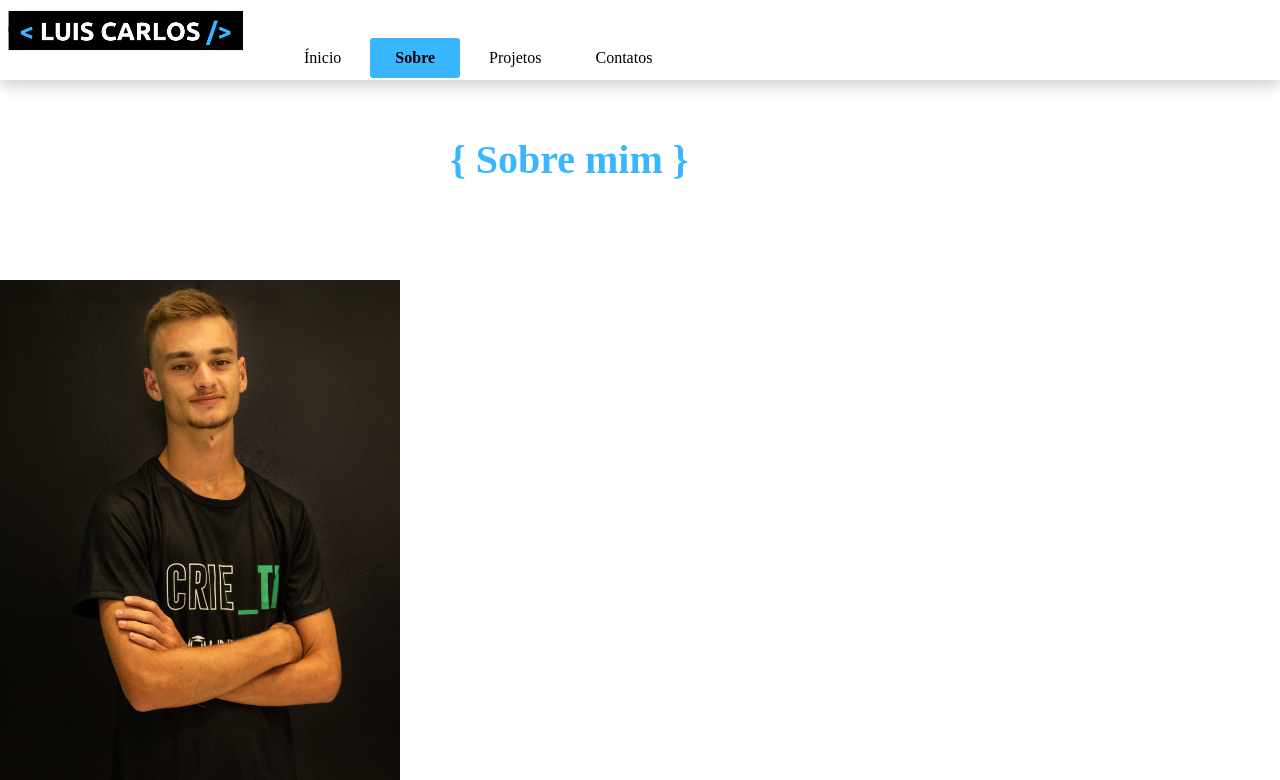
Repository: Iluiscarlos/SitePortifolio
Page: about.html
These files come from the project's save history. The page is drawn as it stood at one moment and after the next save; the edit follows.
The browser window is 1280 px wide. The pictures show the whole page.
Some web libraries are served in a nearby version.

Above is the page before, as saved 2022-05-23 22:14:52.

### about.html
<!DOCTYPE html>
<html lang="pt-BR">

<head>
    <meta charset="UTF-8">
    <meta name="viewport" content="width=device-width, initial-scale=1.0">
    <meta http-equiv="X-UA-Compatible" content="ie=edge">
    <title>Luís Carlos</title>
    <link rel="stylesheet" href="Styles/base/reset.css">
    <link rel="stylesheet" href="Styles/base/variables.css">
    <link rel="stylesheet" href="Styles/base/base.css">
    <link rel="stylesheet" href="Styles/layout/header.css">
    <link rel="stylesheet" href="Styles/layout/about.css">
    <script src="https://kit.fontawesome.com/2c48374459.js" crossorigin="anonymous"></script>
    <link rel="preconnect" href="https://fonts.googleapis.com">
    <link rel="preconnect" href="https://fonts.gstatic.com" crossorigin>
    <link href="https://fonts.googleapis.com/css2?family=Poppins&display=swap" rel="stylesheet">
</head>

<body>
    <header class="header">
        <img src="icons/logo.png" class="header__logo">
        <nav class="menu__item">
            <a href="index.html" class="menu__item">Ínicio</a>
            <a href="about.html" target="_self" class=" menu__item menu__item--active">Sobre</a>
            <a href="#" class="menu__item">Projetos</a>
            <a href="#" class="menu__item">Contatos</a>
        </nav>
    </header>
    <section class="about">
        <img src="photos/About.jpg" class="about__photo">

        <div>
            <h1 class="about__tittle">{ Sobre mim }</h1>
            <br>
            <p class="about__content">
        </div>
    </section>
</body>
</html>

### Styles/base/variables.css
:root{
    --color-red: #F41B3B;
    --color-green: #1EBC99;
    --color-blue: #38b6ff;
    --color-blue1: #0058dd;
    --color-purple:#6b009d;
    --color-yellow: #F9CC0D;
    --color-white: #ffffff;
    --color-black: #000000;
    --color-black1: #333;
    --color-darken-gray: #363536;
    --color-light-gray: #807E81;
    --color-gray: #4f4e50;
    --color-fa: #fafafa;
    --color-ea: #eaeaea;
    --color-cece: #cecece;

--font-family-Roboto:"Roboto Flex", 'Sans serif';
--font-size-default: 16px;
--border-radius-default:3px;

--font-family-primary: var(--font-family-Roboto);
}

### Styles/base/base.css
body {
    font-family: var(--font-family-primary);
    font-size: var(--font-size-default);
    background-color:  var(--color-white);
    color: var(--color-black1);
}


.divisor{
    size: 1;
    width: 100%;
}

.container {
    width: 1100px;
    max-width: 100%;
    margin-left: auto;
    margin-right: auto;
    margin-bottom: 60px;
  }

### Styles/layout/header.css
.header{
    position: fixed;
    height: 80px;
    font-size: 16px;
    background-color: var(--color-white);
    box-shadow: 0 5px 1em #cecece;
    top: 0;
    left: 0;
    right: 0;
}

.header .container{
    display: flex;
    align-items: center;
    height: 100%;
}
.menu__item{
    display: inline-block;
    padding: 0 25px 0;
    text-decoration: none;
    /*border-right: 2px solid var(--color-blue);*/
    color: var(--color-black);
    margin-left: auto;
}

.menu__item--active{
    color: var(--color-black);
    display: inline-block;
    text-align: center;
    font-weight: bold;
    line-height: 40px;
    border-radius: 3px;
    background: var(--color-blue);
}

/*.menu__item:last-child{
    border-right: none;
}*/

.header__logo{
    width: 250px;
}


@media only screen and (max-width: 480px){
    .header{
    display: block;
    position: fixed;
    top: 60px;
    left: 0;
    right: 0;
    bottom: 0;
    background-color: pink;
    transform: translateX(-100%);

}


    .header__menu::-webkit-scrollbar{
        width: 0;
        height: 0;
    }

    .menu__item{
        display: block;
        margin: 20px 0;
    }

}

### Styles/layout/about.css
.about{
    display: flex;
}

.about__photo{
    width: 400px;
    height: 500px;
    padding-top: 280px;
    padding-right: 50px;
    vertical-align: middle;
    object-fit: cover;
}


.about__tittle{
    color: var(--color-blue);
    font-size: 40px;
    font-weight:900;
    padding-top: 140px;
    text-align: end;
}


.about__content{
    font-family: var(--font-family-primary);
    font-size: 18px;
    padding-top: 30px;
    text-align: justify;
    line-height: 1.25;
}


a{
    text-decoration: none;
}

.bold__blue{
    font-weight: bold;
    color: var(--color-blue);
}

.bold__black{
    font-weight: bold;
    color: var(--color-black);
}


.experience{
    display: flex;
    flex-direction: column;
}

.subtitle{
    color: var(--color-blue);
    font-size: 40px;
    font-weight:500;
    padding-top: 25px;
    text-align: center;
    vertical-align:top;
}

.experience__list{
    text-align: justify;
    font-size: 18px;
    font-weight: 400;
    line-height: 25px;
}

.experience__edu{
    text-align: justify;
    font-size: 18px;
    font-weight: 400;
    line-height: 25px;
}

Loaded but not shown: Styles/base/reset.css (common file)

After the next save:
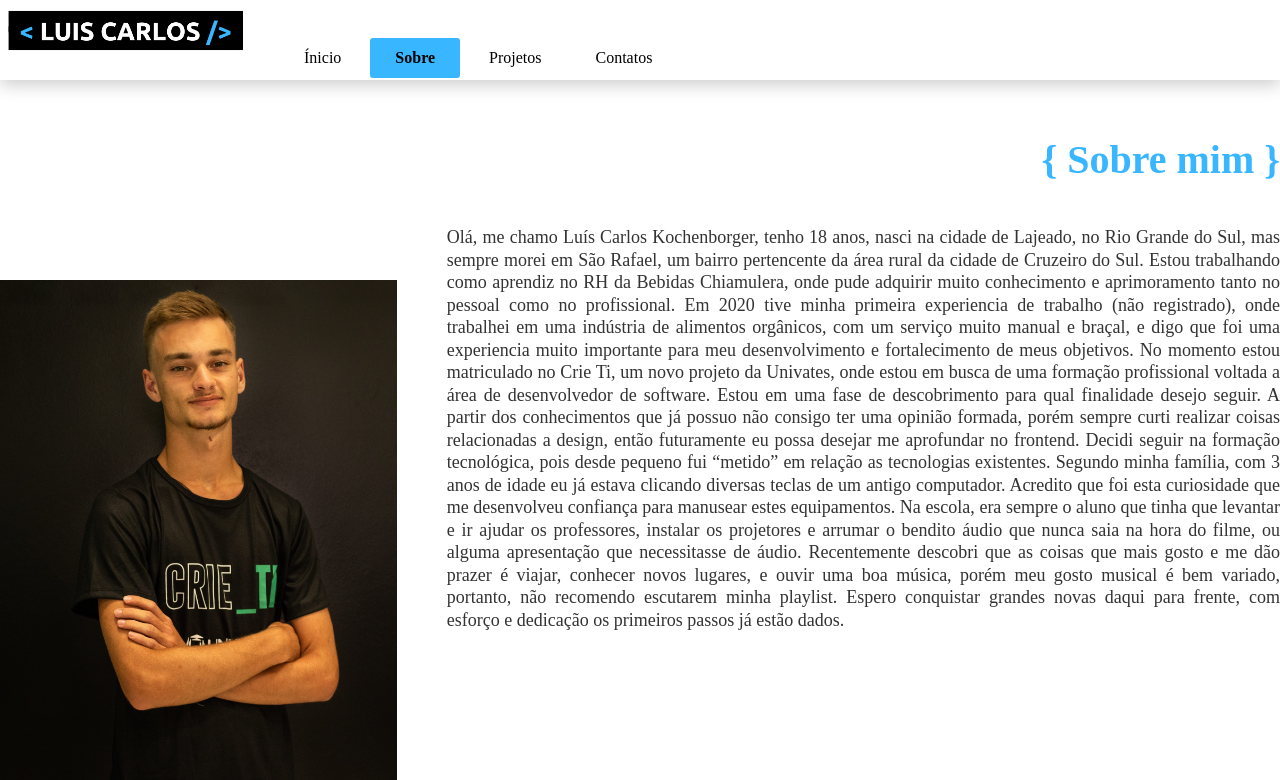
Saved 74 s later.
--- a/about.html
+++ b/about.html
@@ -33,7 +33,13 @@
         <div>
             <h1 class="about__tittle">{ Sobre mim }</h1>
             <br>
-            <p class="about__content">
+            <p class="about__content">Olá, me chamo Luís Carlos Kochenborger, tenho 18 anos, nasci na cidade de Lajeado, no Rio Grande do Sul, mas sempre morei em São Rafael, um bairro pertencente da área rural da cidade de Cruzeiro do Sul.
+                Estou trabalhando como aprendiz no RH da Bebidas Chiamulera, onde pude adquirir muito conhecimento e aprimoramento tanto no pessoal como no profissional. Em 2020 tive minha primeira experiencia de trabalho (não registrado), onde trabalhei em uma indústria de alimentos orgânicos, com um serviço muito manual e braçal, e digo que foi uma experiencia muito importante para meu desenvolvimento e fortalecimento de meus objetivos.
+                No momento estou matriculado no Crie Ti, um novo projeto da Univates, onde estou em busca de uma formação profissional voltada a área de desenvolvedor de software. Estou em uma fase de descobrimento para qual finalidade desejo seguir. A partir dos conhecimentos que já possuo não consigo ter uma opinião formada, porém sempre curti realizar coisas relacionadas a design, então futuramente eu possa desejar me aprofundar no frontend.
+                Decidi seguir na formação tecnológica, pois desde pequeno fui “metido” em relação as tecnologias existentes. Segundo minha família, com 3 anos de idade eu já estava clicando diversas teclas de um antigo computador. Acredito que foi esta curiosidade que me desenvolveu confiança para manusear estes equipamentos. Na escola, era sempre o aluno que tinha que levantar e ir ajudar os professores, instalar os projetores e arrumar o bendito áudio que nunca saia na hora do filme, ou alguma apresentação que necessitasse de áudio.
+                Recentemente descobri que as coisas que mais gosto e me dão prazer é viajar, conhecer novos lugares, e ouvir uma boa música, porém meu gosto musical é bem variado, portanto, não recomendo escutarem minha playlist.
+                Espero conquistar grandes novas daqui para frente, com esforço e dedicação os primeiros passos já estão dados.</p>
+
         </div>
     </section>
 </body>
